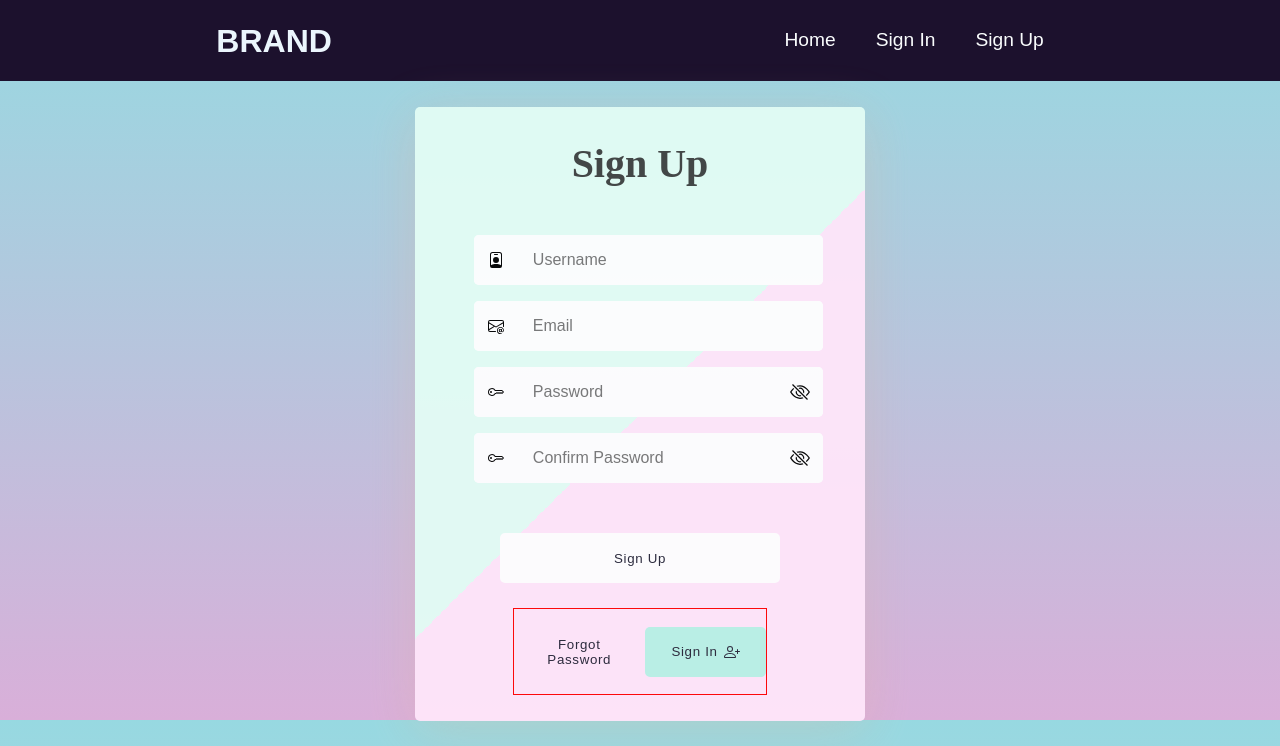
Repository: code-mtaani/ojwang-frontend
Page: /signup
The author's editor kept a copy of each file at every save. The page is drawn from the files as they stood at one save, then again after the next save.
The browser window is 1280 px wide. The pictures show the whole page.
Backgrounds fixed to the window are drawn as part of the page. The project was rebuilt for these pictures with package versions that can differ from the ones it lists, and the page was loaded fresh each time. Also part of the build but not shown: vite.config.ts, src/Pages/HomePage/Home.pages.tsx, src/Pages/SignIn/SignIn.pages.tsx.

Above is the page before, as saved 2023-02-01 14:12:53.

### src/App.tsx
import { BrowserRouter as Router, Routes, Route } from "react-router-dom";

import Navigation from "./Components/Nav";
import Home from './Pages/HomePage'
import SignIn from "./Pages/SignIn";
import SignUp from "./Pages/SignUp"

function App() {
  return (
    <Router>
      <div className="App">
        <Navigation />
        <Routes>
          <Route path="/" element={<Home />} />
          <Route path="/signin" element={<SignIn/>} />
          <Route path="/signup" element={<SignUp/>} />
        </Routes>
      </div>
    </Router>
  );
}

export default App;

### src/index.css
* {
  padding: 0;
  margin: 0;
  box-sizing: border-box;
}
/* End Global rules */

/* Start body rules */
body {
  background-image: linear-gradient(-225deg, #e3fdf5 0%, #ffe6fa 100%);
  background-image: linear-gradient(to top, #a8edea 0%, #fed6e3 100%);
  background-attachment: fixed;
  background-repeat: no-repeat;

  font-family: "Vibur", cursive;
  /*   the main font */
  font-family: "Abel", sans-serif;
  opacity: 0.95;
  background-image: linear-gradient(to top, #d9afd9 0%, #97d9e1 100%);
}
@media screen and (min-width: 440px) {
  .app{
    border:2px solid green;
  }
}
/* end body rules */

### src/Components/Nav/index.js
export {default} from './Navigation.component'

### src/Pages/HomePage/index.ts
export { default } from "./Home.pages";

### src/Pages/SignIn/index.ts
export { default } from './SignIn.pages'

### src/Pages/SignUp/index.ts
export {default} from './SignUp.pages'

### src/Components/Nav/Navigation.component.tsx
import React from "react";
import {Link} from "react-router-dom"
import './nav.css'

const Navigation = () => {
  return (
    <nav className="navbar">
      <div className="left">
        <h1><Link to="/"> BRAND </Link></h1>
      </div>

      <div className="right">
        <input type="checkbox" id="check" />
        <label htmlFor="check" className="checkBtn">
          <svg
            xmlns="http://www.w3.org/2000/svg"
            width="30"
            height="30"
            fill="currentColor"
            className="bi bi-justify"
            viewBox="0 0 16 16"
          >
            <path
              fillRule="evenodd"
              d="M2 12.5a.5.5 0 0 1 .5-.5h11a.5.5 0 0 1 0 1h-11a.5.5 0 0 1-.5-.5zm0-3a.5.5 0 0 1 .5-.5h11a.5.5 0 0 1 0 1h-11a.5.5 0 0 1-.5-.5zm0-3a.5.5 0 0 1 .5-.5h11a.5.5 0 0 1 0 1h-11a.5.5 0 0 1-.5-.5zm0-3a.5.5 0 0 1 .5-.5h11a.5.5 0 0 1 0 1h-11a.5.5 0 0 1-.5-.5z"
            />
          </svg>
        </label>

        <ul className="list">
          <li> <Link to="/">Home</Link></li>
          <li> <Link to="/signin">Sign In</Link></li>
          <li> <Link to="signup">Sign Up</Link></li>
        </ul>
      </div>
    </nav>
  );
};

export default Navigation;

### src/Pages/SignUp/SignUp.pages.tsx
import React from "react";
import "./Signup.css";

const SignUp = () => {
  return (
    <div className="overlay">
      <form>
        {/* con = Container  for items in the form */}
        <div className="con">
          {/* <!--     Start  header Content  --> */}
          <header className="head-form">
            <h2>Sign Up</h2>
          </header>
          {/* End  header Content */}
          <br />
          <div className="field-set">
            {/* inputs */}
            <div className="test">
              <div className="key">
                <svg
                  xmlns="http://www.w3.org/2000/svg"
                  width="16"
                  height="16"
                  fill="currentColor"
                  className="bi bi-person-badge"
                  viewBox="0 0 16 16"
                >
                  <path d="M6.5 2a.5.5 0 0 0 0 1h3a.5.5 0 0 0 0-1h-3zM11 8a3 3 0 1 1-6 0 3 3 0 0 1 6 0z" />
                  <path d="M4.5 0A2.5 2.5 0 0 0 2 2.5V14a2 2 0 0 0 2 2h8a2 2 0 0 0 2-2V2.5A2.5 2.5 0 0 0 11.5 0h-7zM3 2.5A1.5 1.5 0 0 1 4.5 1h7A1.5 1.5 0 0 1 13 2.5v10.795a4.2 4.2 0 0 0-.776-.492C11.392 12.387 10.063 12 8 12s-3.392.387-4.224.803a4.2 4.2 0 0 0-.776.492V2.5z" />
                </svg>
              </div>
              <input type="text" name="username" id="" placeholder="Username" />
              <div className="show"></div>
            </div>
            <div className="test">
              <div className="key">
                <svg
                  xmlns="http://www.w3.org/2000/svg"
                  width="16"
                  height="16"
                  fill="currentColor"
                  className="bi bi-envelope-at"
                  viewBox="0 0 16 16"
                >
                  <path d="M2 2a2 2 0 0 0-2 2v8.01A2 2 0 0 0 2 14h5.5a.5.5 0 0 0 0-1H2a1 1 0 0 1-.966-.741l5.64-3.471L8 9.583l7-4.2V8.5a.5.5 0 0 0 1 0V4a2 2 0 0 0-2-2H2Zm3.708 6.208L1 11.105V5.383l4.708 2.825ZM1 4.217V4a1 1 0 0 1 1-1h12a1 1 0 0 1 1 1v.217l-7 4.2-7-4.2Z" />
                  <path d="M14.247 14.269c1.01 0 1.587-.857 1.587-2.025v-.21C15.834 10.43 14.64 9 12.52 9h-.035C10.42 9 9 10.36 9 12.432v.214C9 14.82 10.438 16 12.358 16h.044c.594 0 1.018-.074 1.237-.175v-.73c-.245.11-.673.18-1.18.18h-.044c-1.334 0-2.571-.788-2.571-2.655v-.157c0-1.657 1.058-2.724 2.64-2.724h.04c1.535 0 2.484 1.05 2.484 2.326v.118c0 .975-.324 1.39-.639 1.39-.232 0-.41-.148-.41-.42v-2.19h-.906v.569h-.03c-.084-.298-.368-.63-.954-.63-.778 0-1.259.555-1.259 1.4v.528c0 .892.49 1.434 1.26 1.434.471 0 .896-.227 1.014-.643h.043c.118.42.617.648 1.12.648Zm-2.453-1.588v-.227c0-.546.227-.791.573-.791.297 0 .572.192.572.708v.367c0 .573-.253.744-.564.744-.354 0-.581-.215-.581-.8Z" />
                </svg>
              </div>
              <input type="email" name="email" placeholder="Email" />
              <div className="show"></div>
            </div>
            <div className="test">
              <div className="key">
                <svg
                  xmlns="http://www.w3.org/2000/svg"
                  width="16"
                  height="16"
                  fill="currentColor"
                  className="bi bi-key"
                  viewBox="0 0 16 16"
                >
                  <path d="M0 8a4 4 0 0 1 7.465-2H14a.5.5 0 0 1 .354.146l1.5 1.5a.5.5 0 0 1 0 .708l-1.5 1.5a.5.5 0 0 1-.708 0L13 9.207l-.646.647a.5.5 0 0 1-.708 0L11 9.207l-.646.647a.5.5 0 0 1-.708 0L9 9.207l-.646.647A.5.5 0 0 1 8 10h-.535A4 4 0 0 1 0 8zm4-3a3 3 0 1 0 2.712 4.285A.5.5 0 0 1 7.163 9h.63l.853-.854a.5.5 0 0 1 .708 0l.646.647.646-.647a.5.5 0 0 1 .708 0l.646.647.646-.647a.5.5 0 0 1 .708 0l.646.647.793-.793-1-1h-6.63a.5.5 0 0 1-.451-.285A3 3 0 0 0 4 5z" />
                  <path d="M4 8a1 1 0 1 1-2 0 1 1 0 0 1 2 0z" />
                </svg>
              </div>
              <input type="password" name="pasword" placeholder="Password" />
              <div className="show">
                <svg
                  xmlns="http://www.w3.org/2000/svg"
                  width="20"
                  height="20"
                  fill="currentColor"
                  className="bi bi-eye-slash"
                  viewBox="0 0 16 16"
                >
                  <path d="M13.359 11.238C15.06 9.72 16 8 16 8s-3-5.5-8-5.5a7.028 7.028 0 0 0-2.79.588l.77.771A5.944 5.944 0 0 1 8 3.5c2.12 0 3.879 1.168 5.168 2.457A13.134 13.134 0 0 1 14.828 8c-.058.087-.122.183-.195.288-.335.48-.83 1.12-1.465 1.755-.165.165-.337.328-.517.486l.708.709z" />
                  <path d="M11.297 9.176a3.5 3.5 0 0 0-4.474-4.474l.823.823a2.5 2.5 0 0 1 2.829 2.829l.822.822zm-2.943 1.299.822.822a3.5 3.5 0 0 1-4.474-4.474l.823.823a2.5 2.5 0 0 0 2.829 2.829z" />
                  <path d="M3.35 5.47c-.18.16-.353.322-.518.487A13.134 13.134 0 0 0 1.172 8l.195.288c.335.48.83 1.12 1.465 1.755C4.121 11.332 5.881 12.5 8 12.5c.716 0 1.39-.133 2.02-.36l.77.772A7.029 7.029 0 0 1 8 13.5C3 13.5 0 8 0 8s.939-1.721 2.641-3.238l.708.709zm10.296 8.884-12-12 .708-.708 12 12-.708.708z" />
                </svg>
              </div>
            </div>
            <div className="test">
              <div className="key">
                <svg
                  xmlns="http://www.w3.org/2000/svg"
                  width="16"
                  height="16"
                  fill="currentColor"
                  className="bi bi-key"
                  viewBox="0 0 16 16"
                >
                  <path d="M0 8a4 4 0 0 1 7.465-2H14a.5.5 0 0 1 .354.146l1.5 1.5a.5.5 0 0 1 0 .708l-1.5 1.5a.5.5 0 0 1-.708 0L13 9.207l-.646.647a.5.5 0 0 1-.708 0L11 9.207l-.646.647a.5.5 0 0 1-.708 0L9 9.207l-.646.647A.5.5 0 0 1 8 10h-.535A4 4 0 0 1 0 8zm4-3a3 3 0 1 0 2.712 4.285A.5.5 0 0 1 7.163 9h.63l.853-.854a.5.5 0 0 1 .708 0l.646.647.646-.647a.5.5 0 0 1 .708 0l.646.647.646-.647a.5.5 0 0 1 .708 0l.646.647.793-.793-1-1h-6.63a.5.5 0 0 1-.451-.285A3 3 0 0 0 4 5z" />
                  <path d="M4 8a1 1 0 1 1-2 0 1 1 0 0 1 2 0z" />
                </svg>
              </div>
              <input
                type="password"
                name="confirmPassword"
                placeholder="Confirm Password"
              />
              <div className="show">
                <svg
                  xmlns="http://www.w3.org/2000/svg"
                  width="20"
                  height="20"
                  fill="currentColor"
                  className="bi bi-eye-slash"
                  viewBox="0 0 16 16"
                >
                  <path d="M13.359 11.238C15.06 9.72 16 8 16 8s-3-5.5-8-5.5a7.028 7.028 0 0 0-2.79.588l.77.771A5.944 5.944 0 0 1 8 3.5c2.12 0 3.879 1.168 5.168 2.457A13.134 13.134 0 0 1 14.828 8c-.058.087-.122.183-.195.288-.335.48-.83 1.12-1.465 1.755-.165.165-.337.328-.517.486l.708.709z" />
                  <path d="M11.297 9.176a3.5 3.5 0 0 0-4.474-4.474l.823.823a2.5 2.5 0 0 1 2.829 2.829l.822.822zm-2.943 1.299.822.822a3.5 3.5 0 0 1-4.474-4.474l.823.823a2.5 2.5 0 0 0 2.829 2.829z" />
                  <path d="M3.35 5.47c-.18.16-.353.322-.518.487A13.134 13.134 0 0 0 1.172 8l.195.288c.335.48.83 1.12 1.465 1.755C4.121 11.332 5.881 12.5 8 12.5c.716 0 1.39-.133 2.02-.36l.77.772A7.029 7.029 0 0 1 8 13.5C3 13.5 0 8 0 8s.939-1.721 2.641-3.238l.708.709zm10.296 8.884-12-12 .708-.708 12 12-.708.708z" />
                </svg>
              </div>
            </div>
            <br />
            {/*  buttons */}
            {/*button LogIn */}
            <button className="log-in"> Sign Up </button>
          </div>

          {/* other buttons */}
          <div className="other">
            {/* Forgot Password button */}
            <button className="btn submits frgt-pass">Forgot Password</button>
            {/* Sign Up button */}
            <button className="btn submits sign-up">
              Sign In
              {/* Sign Up font icon */}
              <svg
                xmlns="http://www.w3.org/2000/svg"
                width="16"
                height="16"
                fill="currentColor"
                className="bi bi-person-plus"
                viewBox="0 0 16 16"
              >
                <path d="M6 8a3 3 0 1 0 0-6 3 3 0 0 0 0 6zm2-3a2 2 0 1 1-4 0 2 2 0 0 1 4 0zm4 8c0 1-1 1-1 1H1s-1 0-1-1 1-4 6-4 6 3 6 4zm-1-.004c-.001-.246-.154-.986-.832-1.664C9.516 10.68 8.289 10 6 10c-2.29 0-3.516.68-4.168 1.332-.678.678-.83 1.418-.832 1.664h10z" />
                <path
                  fillRule="evenodd"
                  d="M13.5 5a.5.5 0 0 1 .5.5V7h1.5a.5.5 0 0 1 0 1H14v1.5a.5.5 0 0 1-1 0V8h-1.5a.5.5 0 0 1 0-1H13V5.5a.5.5 0 0 1 .5-.5z"
                />
              </svg>
            </button>
            {/* End Other the Division */}
          </div>

          {/* End Conrainer */}
        </div>

        {/* End Form */}
      </form>
    </div>
  );
};

export default SignUp;

### src/Components/Nav/nav.css
.navbar{
    background-color: rgb(22,7,36);
    display: flex;
    justify-content: space-around;
    align-items: center;
    line-height: 5rem;
}

.left h1{
    font-size: 2rem;
    cursor: pointer;
}
.left h1 a{
    text-decoration: none;
    color: aliceblue;
}

.checkBtn{
    display: none;
}
#check{
    display: none;
}
.checkBtn{
    cursor: pointer;
    font-size: 30px;
    float: right;
    color: #ed1e79;
    line-height: 88px;
}

.right ul{
    display: flex;
    list-style: none;
}
.right ul li a {
    padding: 10px 20px;
    font-size: 1.2rem;
    color: white;
    cursor: pointer;
    text-decoration: none;
    transition: all 1s;
}

.right ul li a:hover{
    background-color: #fff;
    border-radius: 7px;
    color: rgb(22, 7, 36);
    margin-left: 4px ;
    margin-right: 4px ;
}

/* ================================== Media Queries=================================================== */

@media screen and (max-width:805px){
    .list{
        width: 100%;
        height: 100vh;
        background-color: rgb(22, 7, 36);
        text-align: center;
        display: flex;
        flex-direction: column;
        position: fixed;
        top: 5rem;
        left: 100%;
        transition: all 1s;
    }

    #check{
        display: none;
    }
    .checkBtn{
        display: block;
    }
    #check:checked~ul{
        left: 0%
    }
}
@media screen and (max-width:450px) {
    .navbar{
        width: 100vw;
    }

}

### src/Pages/SignUp/Signup.css
/* Start form  attributes */
form {
  width: 450px;
  min-height: 500px;
  height: auto;
  border-radius: 5px;
  margin: 2% auto;
  box-shadow: 0 9px 50px hsla(20, 67%, 75%, 0.31);
  padding: 2%;
  background-image: linear-gradient(-225deg, #e3fdf5 50%, #ffe6fa 50%);
}
@media screen and (max-width: 450px) {
  form {
    width: 90vw;
    margin: 20 auto;
  }
}
/* form Container */
form .con {
  display: -webkit-flex;
  display: flex;

  -webkit-justify-content: space-around;
  justify-content: space-around;

  -webkit-flex-wrap: wrap;
  flex-wrap: wrap;
  margin: 0 auto;
}

/* the header form  */
header {
  margin: 2% auto 10% auto;
  text-align: center;
}
/* Login title form  */
header h2 {
  font-size: 250%;
  font-family: "Playfair Display", serif;
  color: #3e403f;
}
/*  A welcome message or an explanation of the login form */
header p {
  letter-spacing: 0.05em;
}
header img {
  width: 10rem;
  height: 8rem;
}


/* focus  */
input:focus {
  transform: translateX(-3px);
  border-radius: 5px;
}

.test {
  display: flex;
  justify-content: space-between;
  align-items: center;
  background-color: white;
  height: 50px;
  margin: 0.5rem;
  border-radius: 0.3rem;
  width: 100%;
}
.test .key {
  background-color: white;
  display: flex;
  align-items: center;
  justify-content: center;
  width: 3rem;
  height: 100%;
  border-radius: 5px 0px 0px 5px;
}
.test .key svg {
  margin: 5px;
}
.test input {
  height: 100%;
  width: 80%;
  font-size: 16px;
  padding: 15px;
  font-family: "Abel", sans-serif;
  font-size: 16px;
  color: #5e6472;
  transition: 0.4s linear;
   outline: none;
  border: none;
}
.test .show {
  background-color: white;
  height: 100%;
  display: flex;
  align-items: center;
  justify-content: center;
  width: 3rem;
  border-radius: 0px 5px 5px 0px;
}
.field-set {
    display: flex;
    flex-direction: column;
}
/* input[type="text"] {min-width: 250px;} */
/* buttons  */

button {
  display: inline-block;
  color: #252537;

  width: 280px;
  height: 50px;

  padding: 0 20px;
  background: #fff;
  border-radius: 5px;

  outline: none;
  border: none;

  cursor: pointer;
  text-align: center;
  transition: all 0.2s linear;

  margin: 7% auto;
  letter-spacing: 0.05em;
}

/* Submits */
.submits {
  width: 48%;
  display: inline-block;
  float: left;
  margin-left: 2%;
}

/*       Forgot Password button FAF3DD  */
.frgt-pass {
  background: transparent;
}
/*     Sign Up button  */
.sign-up {
  background: #b8f2e6;
  display: flex;
  align-items: center;
  justify-content: space-evenly;
  font-weight: 500;
}

/* buttons hover */
button:hover {
  transform: translatey(3px);
  box-shadow: none;
}

/* buttons hover Animation */
button:hover {
  animation: ani9 0.4s ease-in-out infinite alternate;
}
.other{
  border: 1px solid red;
  display: flex;
}
@keyframes ani9 {
  0% {
    transform: translateY(3px);
  }
  100% {
    transform: translateY(5px);
  }
}
/* ================================== */

Loaded but not shown: index.html (common file); src/main.tsx (common file)

After the next save:
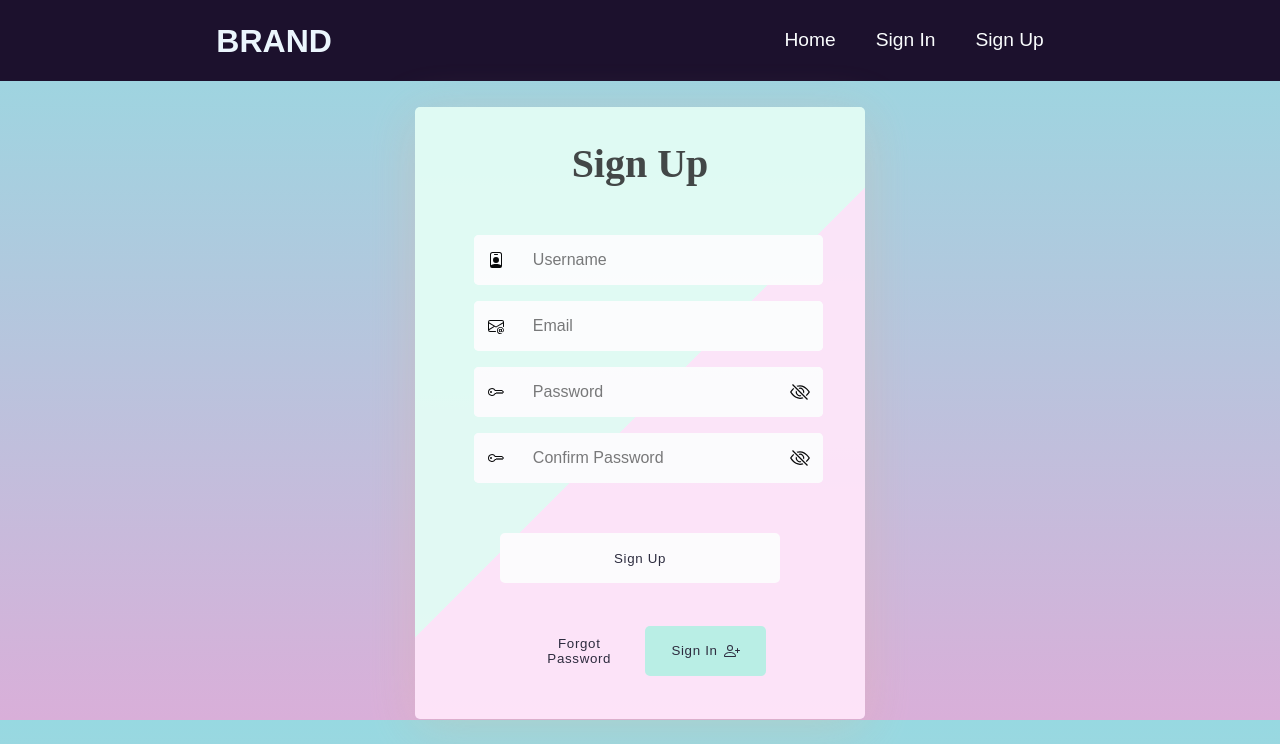
Saved 26 s later.
--- a/src/Pages/SignUp/Signup.css
+++ b/src/Pages/SignUp/Signup.css
@@ -158,10 +158,7 @@ button:hover {
 button:hover {
   animation: ani9 0.4s ease-in-out infinite alternate;
 }
-.other{
-  border: 1px solid red;
-  display: flex;
-}
+
 @keyframes ani9 {
   0% {
     transform: translateY(3px);
